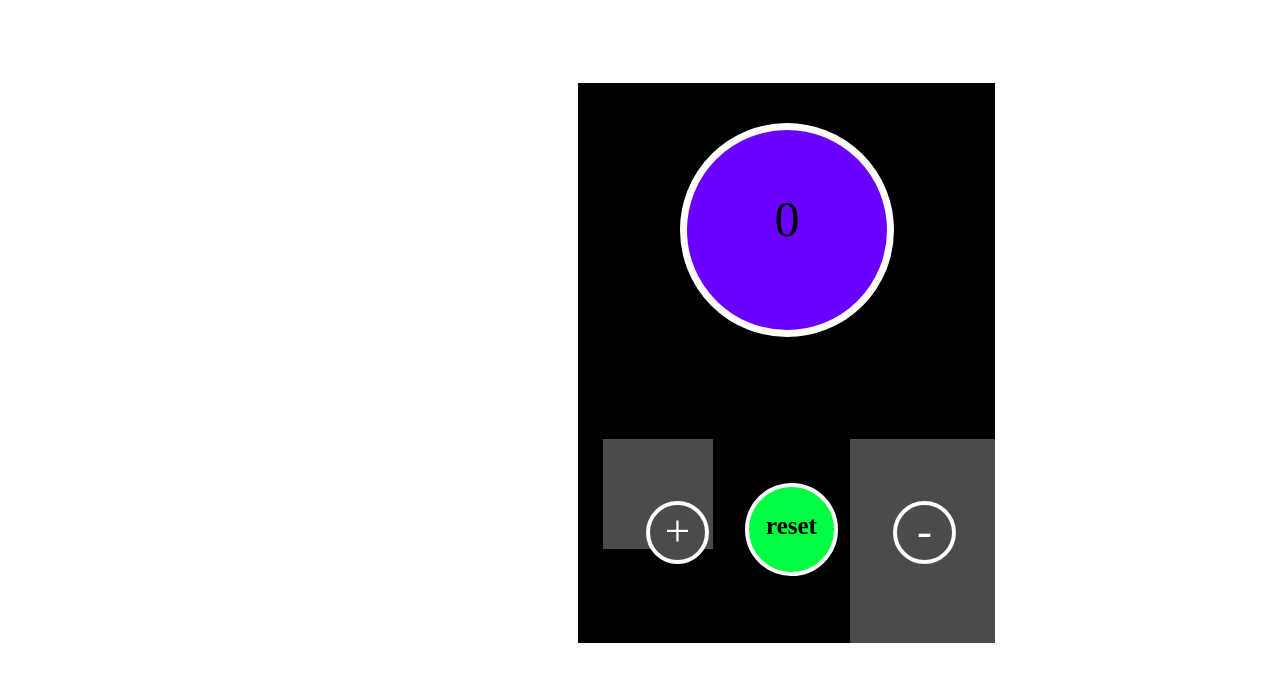
Repository: sara55m/Counter_App
Page: index.html
The author's editor kept a copy of each file at every save. The page is drawn from the files as they stood at one save, then again after the next save.
The browser window is 1280 px wide. The pictures show the whole page.

Above is the page before, as saved 2024-07-31 18:24:27.

After the next save:
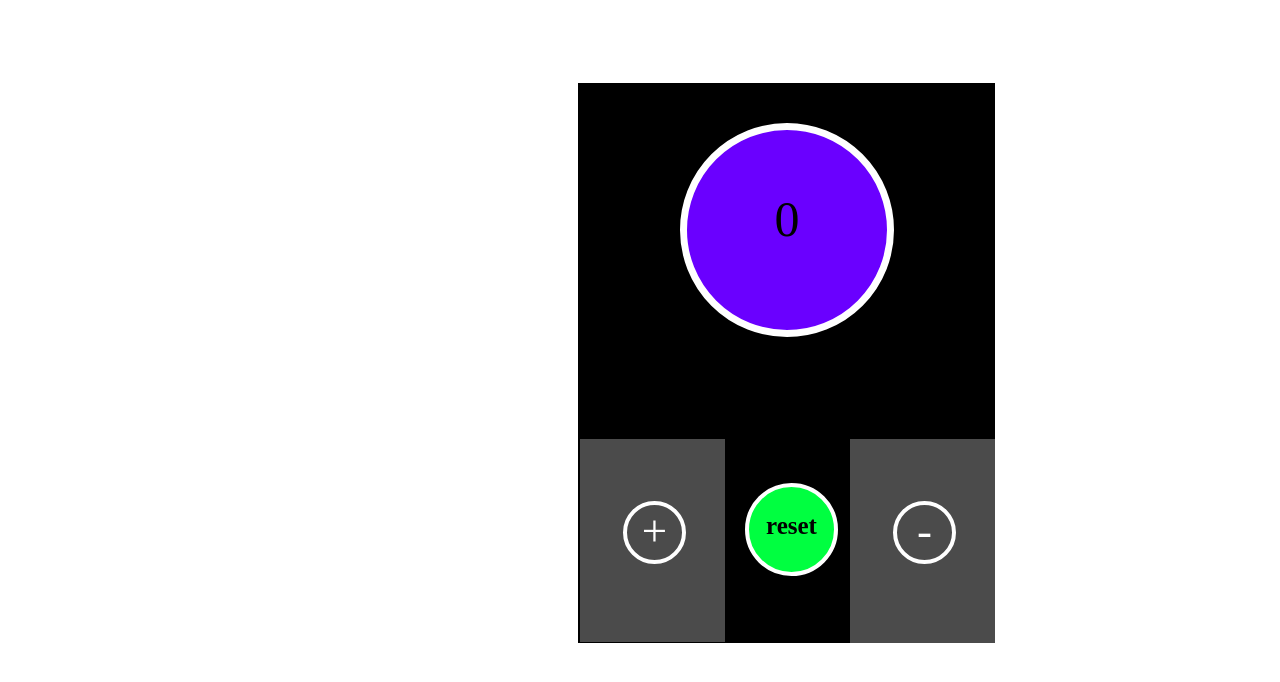
Saved 2 min 1 s later.
--- a/css/style.css
+++ b/css/style.css
@@ -30,9 +30,9 @@ p.one{
 .increase{
     position:absolute;
     top:356px;
-    left:25px;
-    height:110px;
-    width:110px;
+    left:2px;
+    height:203px;
+    width:145px;
     background-color:#4b4b4b;
 
 }
